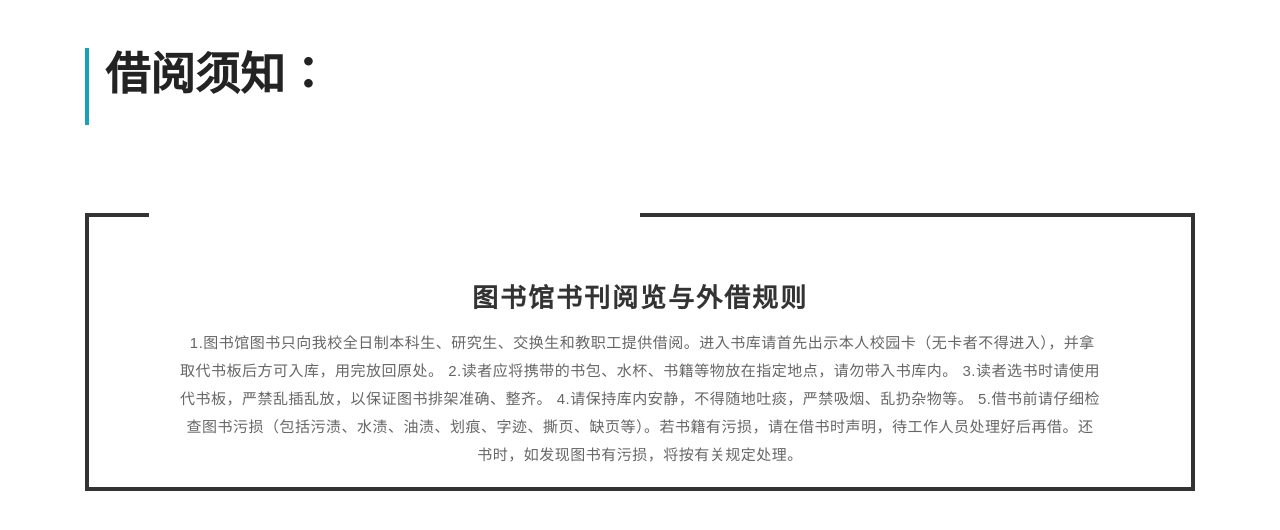
Repository: ybl20000418/SDNU
Page: http://localhost/First/Firstpagejump/guize.jsp
These files come from the project's save history. The page is drawn as it stood at one moment and after the next save; the edit follows.
The browser window is 1280 px wide. The pictures show the whole page.
Some web fonts or font styles are not loaded; a fallback is used. The page is served by Tomcat 9. Other server files are loaded and not shown.

Above is the page before, as saved 2019-12-13 12:19:20.

### First/WebContent/Firstpagejump/guize.jsp
<%@ page language="java" contentType="text/html; charset=utf-8"
    pageEncoding="utf-8"%>
<!DOCTYPE html>
<html>
<head>
<meta charset="utf-8">
<title>借阅规则</title>
<!-- Meta tag Keywords -->
	<meta name="viewport" content="width=device-width, initial-scale=1">
	<meta charset="utf-8">
	<meta name="keywords" content="" />
	<script type="application/x-javascript">
		addEventListener("load", function () {
			setTimeout(hideURLbar, 0);
		}, false);

		function hideURLbar() {
			window.scrollTo(0, 1);
		}
	</script>
	<!--// Meta tag Keywords -->

	<!-- css files -->
	<link rel="stylesheet" href="CSS/bootstrap2.css"> <!-- Bootstrap-Core-CSS -->
	<link rel="stylesheet" href="CSS/style2.css" type="text/css" media="all" /> <!-- Style-CSS -->
	<link rel="stylesheet" href="CSS/fontawesome-all2.css"> <!-- Font-Awesome-Icons-CSS -->
	<!-- //css files -->
	<link rel="stylesheet" href="CSS/flexslider2.css" type="text/css" media="screen" />

	<!--web font-->
	<link href="http://fonts.googleapis.com/CSS?family=Raleway:100,100i,200,200i,300,300i,400,400i,500,500i,600,600i,700,700i,800,800i,900,900i&amp;subset=latin-ext" rel="stylesheet">
	<!--//web font-->
<style>
.row {
		margin-top:8px;
		color:#fff;
		padding-left: 20px;
		padding-right: 20px;

	}
</style>
</head>
<body>
<section class="services py-5" id="services">
	<div class="container">
		<div class="head_part">
		  <h3 class="heading">借阅须知：</h3>
		  <p class="heading-bottom mb-5">&nbsp;</p>
		</div>
		<div class="serv-grids text-center">
			<div class="serv-icons"> <span class="fab mr-md-5 mr-3 fa-accusoft" aria-hidden="true"></span>
			</div>
		  <h4>图书馆书刊阅览与外借规则</h4>
		  <p> &nbsp;1.图书馆图书只向我校全日制本科生、研究生、交换生和教职工提供借阅。进入书库请首先出示本人校园卡（无卡者不得进入），并拿取代书板后方可入库，用完放回原处。 2.读者应将携带的书包、水杯、书籍等物放在指定地点，请勿带入书库内。 3.读者选书时请使用代书板，严禁乱插乱放，以保证图书排架准确、整齐。 4.请保持库内安静，不得随地吐痰，严禁吸烟、乱扔杂物等。 5.借书前请仔细检查图书污损（包括污渍、水渍、油渍、划痕、字迹、撕页、缺页等）。若书籍有污损，请在借书时声明，待工作人员处理好后再借。还书时，如发现图书有污损，将按有关规定处理。 </p>
		  <p>&nbsp;</p>
		  <div class="read"> </div>
		</div>

	</div>
</section>
</body>
</html>

### First/WebContent/CSS/flexslider2.css
/*
 * jQuery FlexSlider v2.0
 * http://www.woothemes.com/flexslider/
 *
 * Copyright 2012 WooThemes
 * Free to use under the GPLv2 license.
 * http://www.gnu.org/licenses/gpl-2.0.html
 *
 * Contributing author: Tyler Smith (@mbmufffin)
 */
/* Browser Resets */
.flex-container a:active,
.flexslider a:active,
.flex-container a:focus,
.flexslider a:focus  {outline: none;}
.slides,
.flex-control-nav,
.flex-direction-nav {margin: 0; padding: 0; list-style: none;}

/* FlexSlider Necessary Styles
*********************************/
.flexslider .slides > li {display: none; -webkit-backface-visibility: hidden;} /* Hide the slides before the JS is loaded. Avoids image jumping */
.flexslider .slides img {width: 100%; display: block;}

.flex-pauseplay span {text-transform: capitalize;}

/* Clearfix for the .slides element */
.slides:after {content: "."; display: block; clear: both; visibility: hidden; line-height: 0; height: 0;}
html[xmlns] .slides {display: block;}
* html .slides {height: 1%;}

/* No JavaScript Fallback */
/* If you are not using another script, such as Modernizr, make sure you
 * include js that eliminates this class on page load */
.no-js .slides > li:first-child {display: block;}


/* FlexSlider Default Theme
*********************************/
.flexslider {
	border: 0px;
	position: relative;
	zoom: 1;
}
.flex-viewport {max-height: 2000px; -webkit-transition: all 1s ease; -moz-transition: all 1s ease; transition: all 1s ease;}
.loading .flex-viewport {max-height: 300px;}
.flexslider .slides {zoom: 1;}

.carousel li {margin-right: 5px}


/* Direction Nav */
.flex-direction-nav {*height: 0;}
.flex-direction-nav a {
	width: 60px;
    height: 60px;
    margin: 0;
    display: block;
    background:none;
    position: absolute;
    bottom: -40%;
    z-index: 10;
    cursor: pointer;
    text-indent: -9999px;
    -webkit-transition: all .3s ease;
    border-radius: 100% 0% 0% 0;
}
.flex-direction-nav .flex-next {
	background-position: 22% 16%;
    border-radius: 0% 100% 0% 0;
    right: 0%;
}
.flex-direction-nav .flex-prev {left: 0%;}
.flexslider:hover .flex-next {opacity: 1;}
.flexslider:hover .flex-prev {opacity: 1;}
.flexslider:hover .flex-next:hover, .flexslider:hover .flex-prev:hover {opacity: 1;}
.flex-direction-nav .flex-disabled {opacity: .3!important; filter:alpha(opacity=30); cursor: default;}
/* Control Nav */
.flex-control-nav {
    display: block;
    position: absolute;
    right: 47%;
    margin-left: 0px;
    bottom: -10%;
}
.flex-control-nav li {margin: 0 5px; display: inline-block; zoom: 1; *display: inline;}
.flex-control-paging li a {
	width: 15px;
    height: 15px;
    display: block;
    background:none;
    cursor: pointer;
    text-indent: -9999px;
    border-radius: 50%;
    border: 3px solid #fff;
}
.flex-control-paging li a.flex-active {
	background:none;
    cursor: default;
	border:3px solid #f99104;
}
.flexslider-info{
	margin:0em 0em;
}
.flex-control-paging li a.flex-active {
      background: #17a2b8;
    cursor: default;
    border: 3px solid #17a2b8;
}
.flex-control-paging li a {
    background: #333;
    width: 12px;
    height: 12px;
}
.flex-control-paging li a {
    border: 3px solid #333;
}
.flex-control-thumbs {margin: 5px 0 0; position: static; overflow: hidden;}
.flex-control-thumbs li {width: 25%; float: left; margin: 0;}
.flex-control-thumbs img {width: 100%; display: block; opacity: .7; cursor: pointer;}
.flex-control-thumbs img:hover {opacity: 1;}
.flex-control-thumbs .flex-active {opacity: 1; cursor: default;}
@media screen and (max-width:1680px) {
	.flex-direction-nav a {
		bottom: -45%;
	}
}
@media screen and (max-width:1600px) {
	.flex-direction-nav a {
		bottom: -40%;
	}
}
@media screen and (max-width:1440px) {
	.flex-direction-nav a {
		bottom: -50%;
	}
}
@media screen and (max-width: 1366px){
	.flex-direction-nav a {
		bottom: -28%;
	}
	.flex-direction-nav .flex-prev {
		left: 42.5%;
	}
}
@media screen and (max-width:1024px) {
	.flexslider-info {
		margin: 4em 0em;
	}
}
@media screen and (max-width:991px) {
	.flex-control-nav {
		right: 44%;
	}
	.flexslider-info {
		margin: 4em 0em 0em;
	}
}
@media screen and (max-width: 768px) {
	.flex-control-paging li a {
		width: 12px;
		height: 12px;
	}
}
@media screen and (max-width: 736px) {
	.flex-control-nav {
		right: 44%;
		bottom: -4%;
	}
}
@media screen and (max-width: 600px) {

}
@media screen and (max-width: 568px) {
	.flex-control-nav {
	}
	.flex-control-paging li a {
		width: 9px;
		height: 9px;
	}
}
@media screen and (max-width: 480px) {
	section.slider {
		padding-top: 0%;
	}
	.flexslider {
		padding: 0px 0px;
	}
	.flex-control-nav {
		right: 42%;
	}
}
@media screen and (max-width: 414px) {
	.flex-control-nav {
	}
	.flex-control-paging li a {
		width: 8px;
		height: 8px;
	}
	.flexslider-info {
		margin: 3em 0em 2em;
	}
}
@media screen and (max-width: 384px){
		.flex-control-nav {
		 right: 37%;
	}
}
@media screen and (max-width: 320px) {
	.flex-control-paging li a {
		width: 8px;
		height: 8px;
	}
}

Loaded but not shown: First/WebContent/CSS/bootstrap2.css (library); First/WebContent/CSS/fontawesome-all2.css (library); First/WebContent/CSS/style2.css (1192 lines, source omitted)

After the next save:
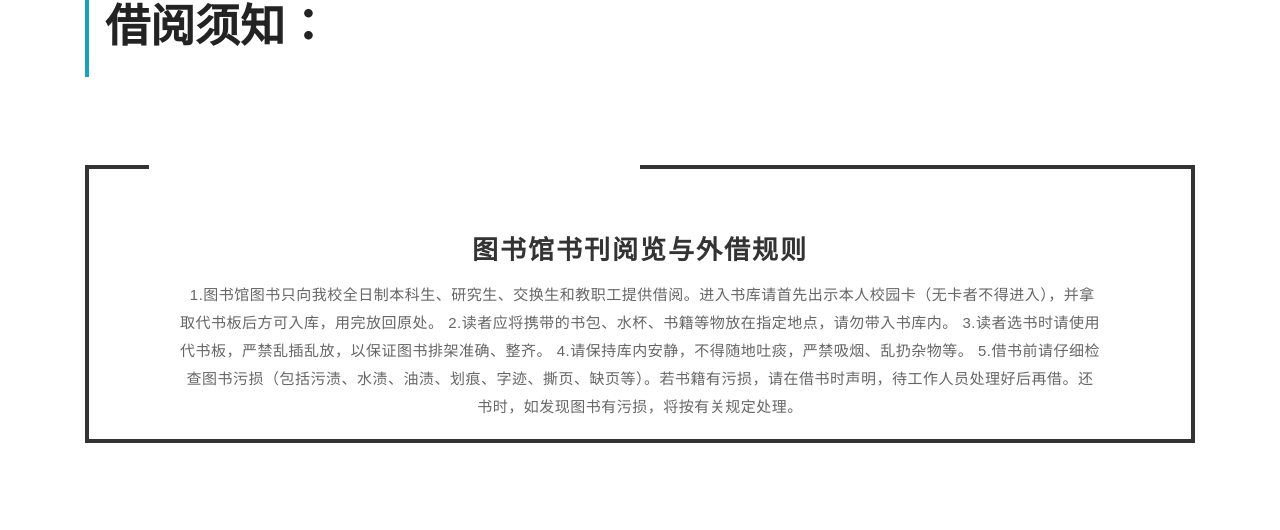
Saved 16 min 30 s later.
--- a/First/WebContent/Firstpagejump/guize.jsp
+++ b/First/WebContent/Firstpagejump/guize.jsp
@@ -41,7 +41,7 @@
 </style>
 </head>
 <body>
-<section class="services py-5" id="services">
+
 	<div class="container">
 		<div class="head_part">
 		  <h3 class="heading">借阅须知：</h3>
@@ -57,6 +57,6 @@
 		</div>
 
 	</div>
-</section>
+
 </body>
 </html>
